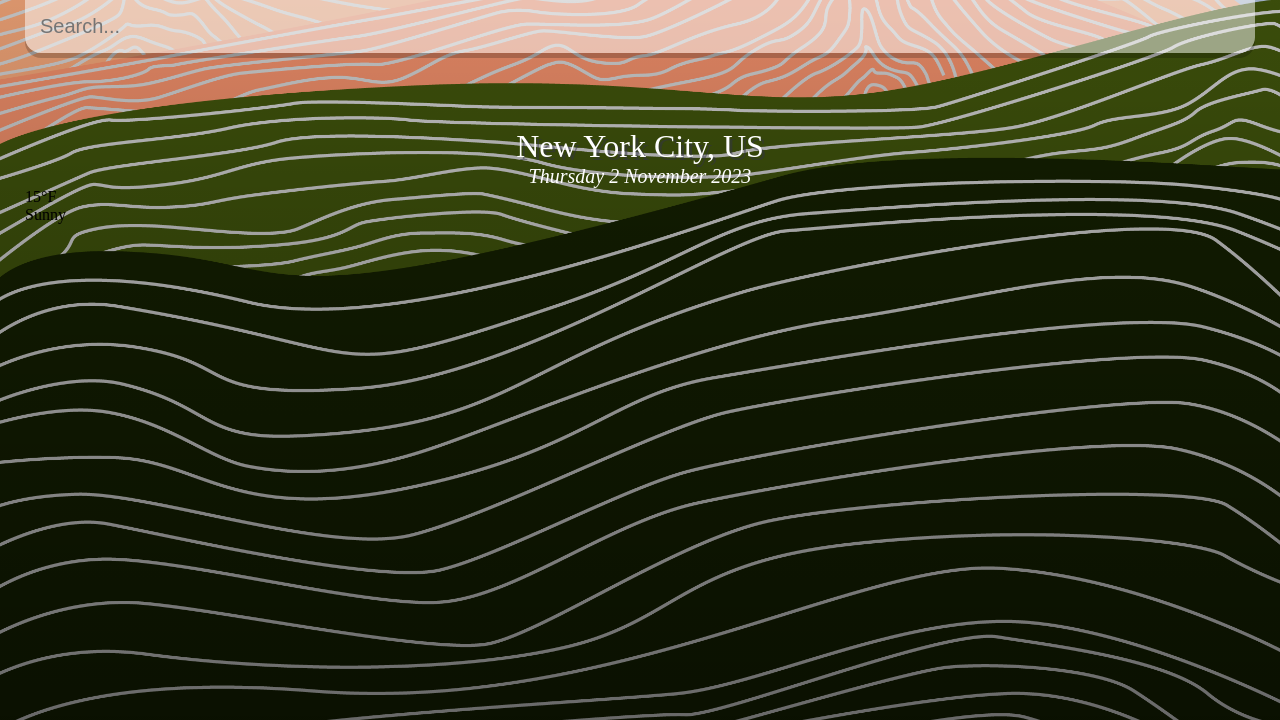
Repository: burntaftermint/weather
Page: /
An editor plug-in stored every save of this project. The page is shown before and after the next save, followed by the edit.
The browser window is 1280 px wide. The pictures show the whole page.
The project was rebuilt for these pictures with package versions that can differ from the ones it lists, and the page was loaded fresh each time.

Above is the page before, as saved 2023-11-02 05:01:09.

After the next save:
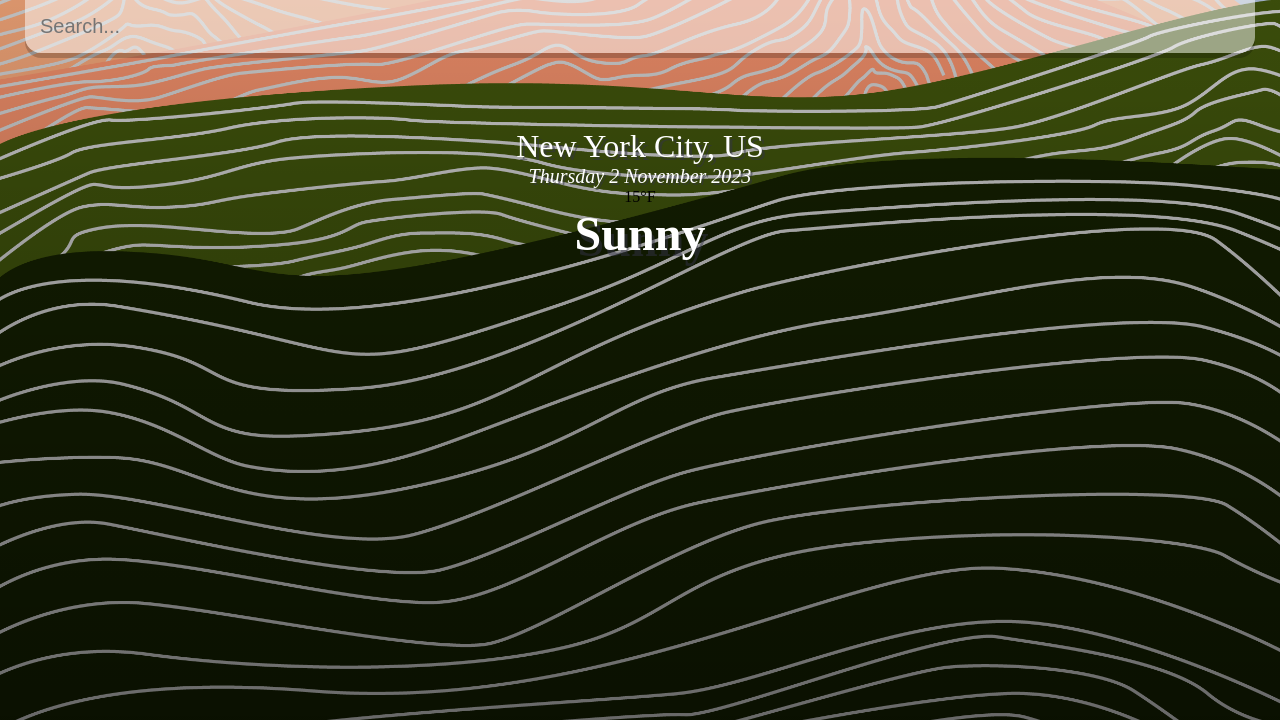
Saved 7 min 41 s later.
--- a/src/index.css
+++ b/src/index.css
@@ -71,4 +71,34 @@ main {
   font-weight: 300;
   font-style: italic;
   text-align: center;
+  text-shadow: 2px 2px rgba(50, 50, 70, 0.5);
 }
+
+.weather-box {
+  text-align: center;
+}
+
+.weather-box temp {
+  position: relative;
+  display: inline-block;
+  margin: 30px auto;
+  background-color: rgba(255, 255, 255, 0.2);
+  border-radius: 16px;
+
+  padding: 15px 25px;
+
+  color: #FFF;
+  font-size: 102px;
+  font-weight: 900;
+
+  text-shadow: 2px 6px rgba(0, 0, 0, 0.5);
+  text-align: center;
+  box-shadow: 3px 6px rgba(0, 0, 0, 0.2);
+}
+
+.weather-box .weather {
+  color: #FFF;
+  font-size: 48px;
+  font-weight: 700;
+  text-shadow: 3px 6px rgba(50, 50, 70, 0.5);
+}
